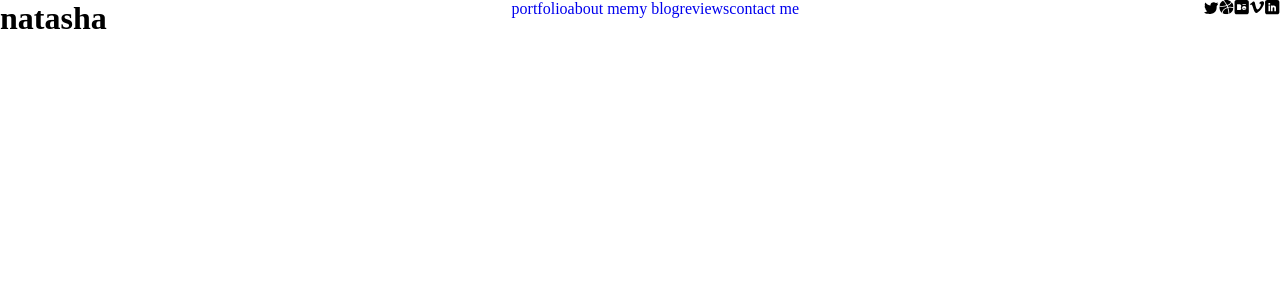
Repository: BuduCE/landing-page
Page: natasha-lp/index.html
An editor plug-in stored every save of this project. The page is shown before and after a run of saves, followed by the edit.
The browser window is 1280 px wide. The pictures show the whole page.

Above is the page before, as saved 2022-03-04 18:17:12.

After the next 10 saves:
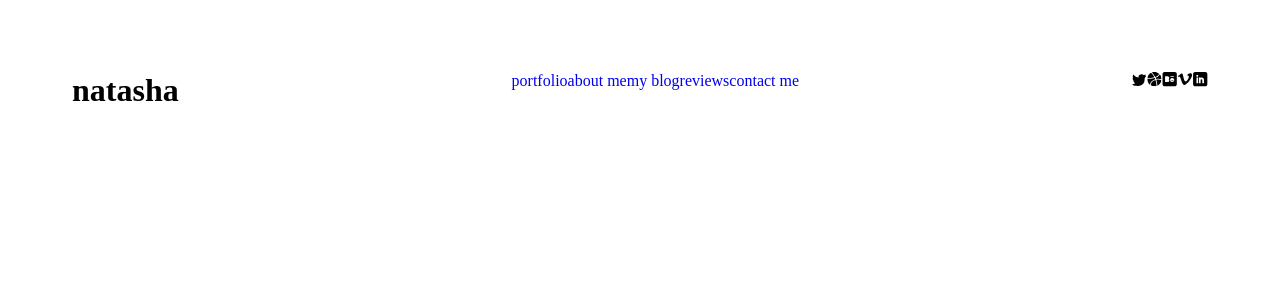
The 10 saves are shown as one change because they came seconds apart.
The last was saved 30 s later.
--- a/natasha-lp/assets/css/style.css
+++ b/natasha-lp/assets/css/style.css
@@ -4,20 +4,25 @@
     padding: 0;
     box-sizing: border-box;
 }
+
 header, nav {
     display: flex;
     justify-content: space-between;
 }
+
 header {
+    padding: 72px
+}
 
-}
 nav {
     display: flex;
     color: black;
 }
+
 nav li {
     list-style: none;
 }
+
 nav li a {
     text-decoration: none;
 }
